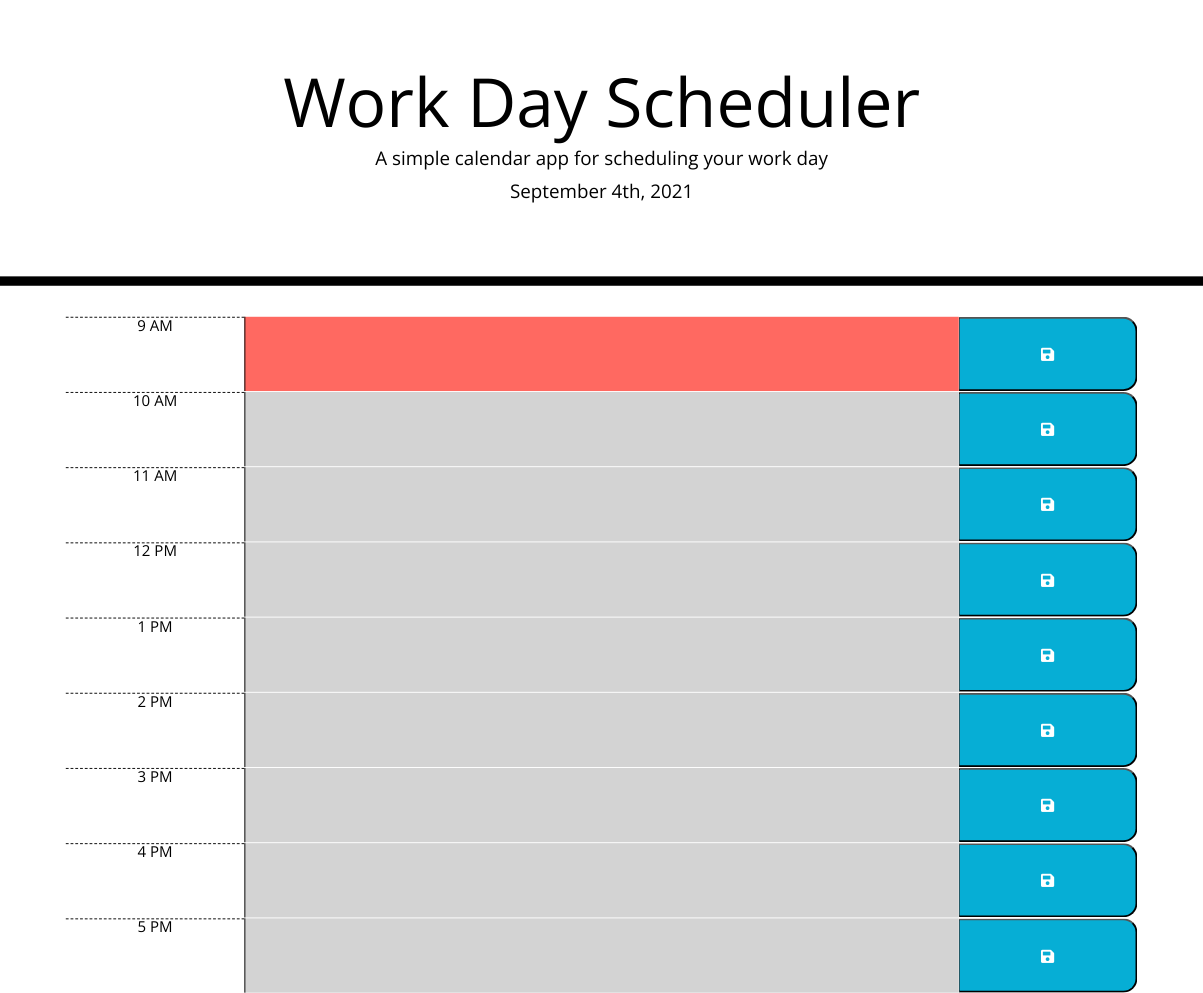
Repository: asecord92/daily-work-schedule
Page: index.html
The author's editor kept a copy of each file at every save. The page is drawn from the files as they stood at one save, then again after the next save.
The browser window is 1280 px wide. The pictures show the whole page, at 94% of full size.
Some web libraries are served in a nearby version.

Above is the page before, as saved 2021-09-04 10:54:17.

After the next save:
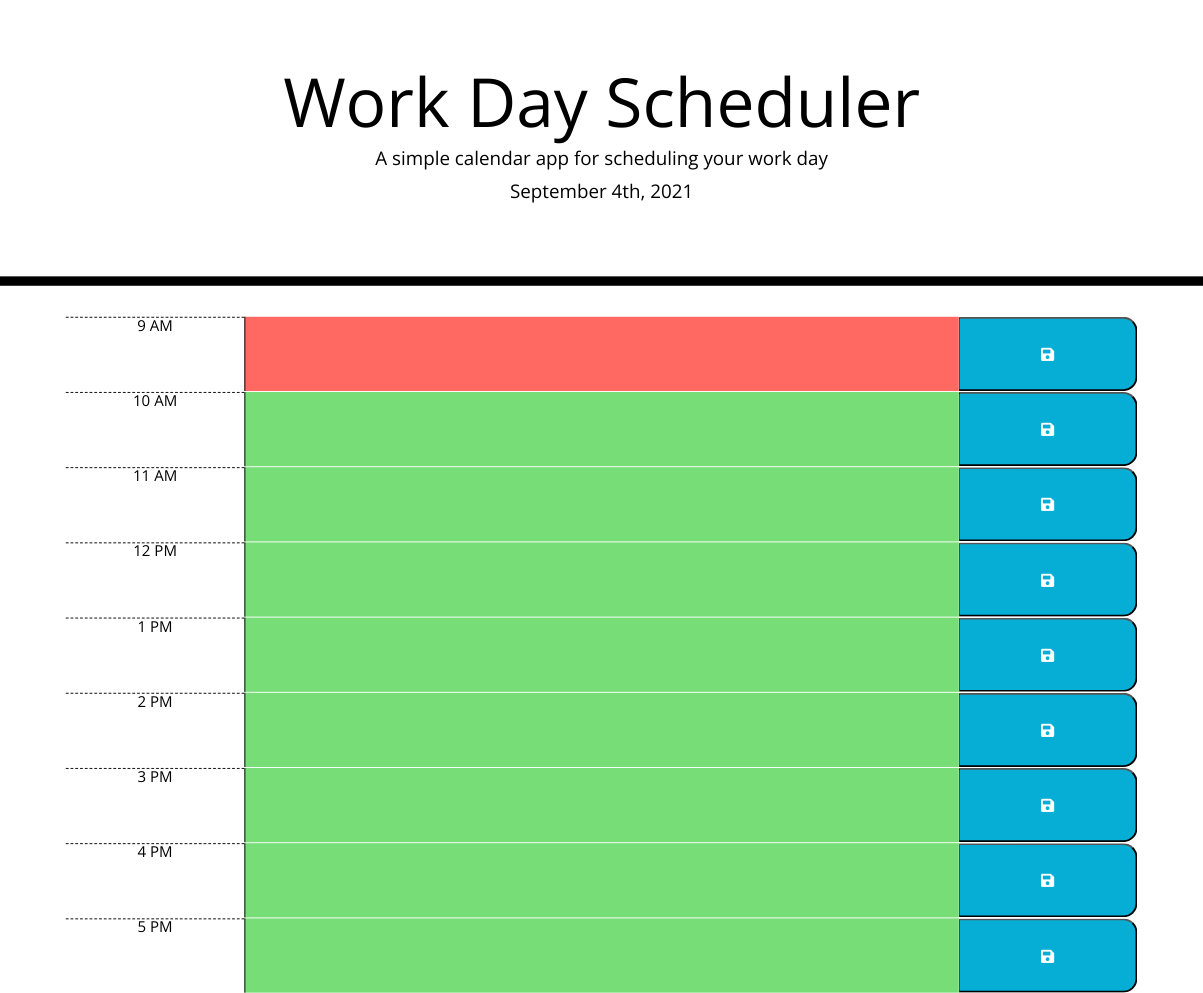
Saved 2 min 40 s later.
--- a/assests/js/script.js
+++ b/assests/js/script.js
@@ -70,10 +70,10 @@ function auditTask (setHour) {
     //TO DO: figure out why 9Am is being set to "future" even if past
     console.log(setHour, currentHour);
 
-    if (+setHour > +currentHour) {
+    if (+setHour < +currentHour) {
         timeBlockText.classList = "col-8 description textarea past"
     }
-    else if (+setHour < +currentHour) {
+    else if (+setHour > +currentHour) {
         timeBlockText.classList = "col-8 description textarea future"
     } else {
         timeBlockText.classList ="col-8 description textarea present"
